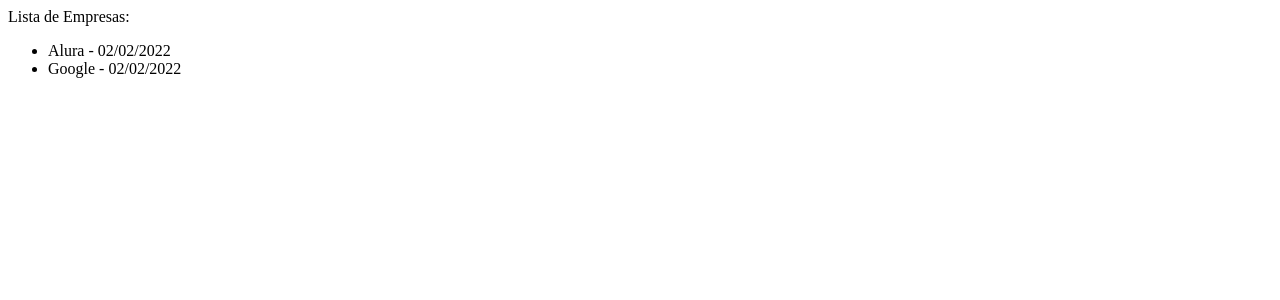
Repository: RafaelSK7/java_servlet_alura
Page: http://localhost/gerenciador/listaEmpresas
An editor plug-in stored every save of this project. The page is shown before and after the next save, followed by the edit.
The browser window is 1280 px wide. The pictures show the whole page.
The page is served by Tomcat 9.

Above is the page before, as saved 2022-04-26 17:11:38.

After the next save:
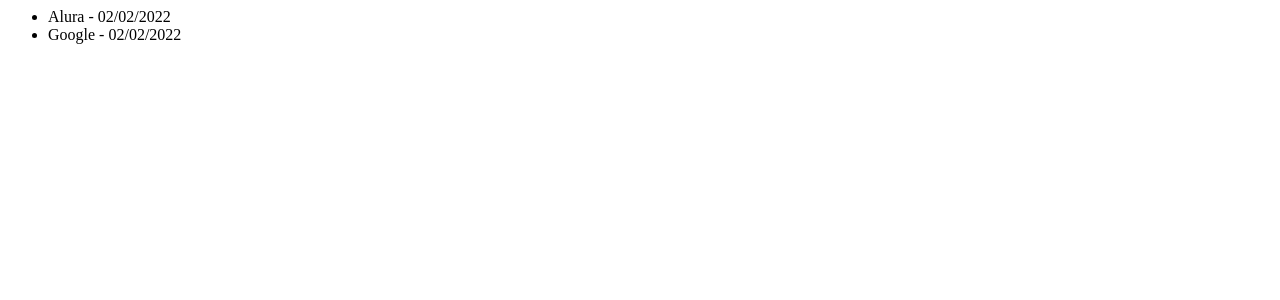
Saved 110 s later.
--- a/gerenciador/WebContent/listaEmpresas.jsp
+++ b/gerenciador/WebContent/listaEmpresas.jsp
@@ -3,8 +3,13 @@
 <%@ taglib uri="http://java.sun.com/jsp/jstl/fmt" prefix="fmt" 	%>
 
 <html>
-<body>
-	Lista de Empresas:
+<body
+
+	<c:if test="${not empty empresa}">
+		Empresa ${ empresa } cadastrada com sucesso.
+	</c:if>
+
+	Lista de Empresas: <br />
 
 	<ul>
 		<c:forEach items="${empresas}" var="empresa">

After the save that followed:
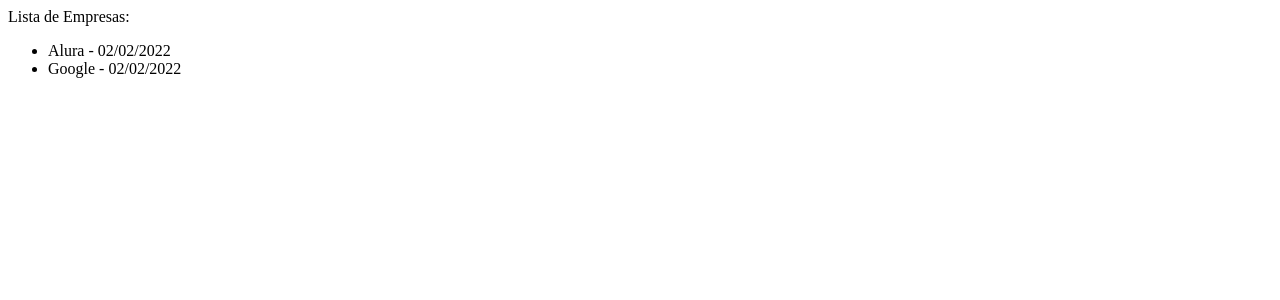
Saved 8 s later.
--- a/gerenciador/WebContent/listaEmpresas.jsp
+++ b/gerenciador/WebContent/listaEmpresas.jsp
@@ -3,7 +3,7 @@
 <%@ taglib uri="http://java.sun.com/jsp/jstl/fmt" prefix="fmt" 	%>
 
 <html>
-<body
+<body>
 
 	<c:if test="${not empty empresa}">
 		Empresa ${ empresa } cadastrada com sucesso.
